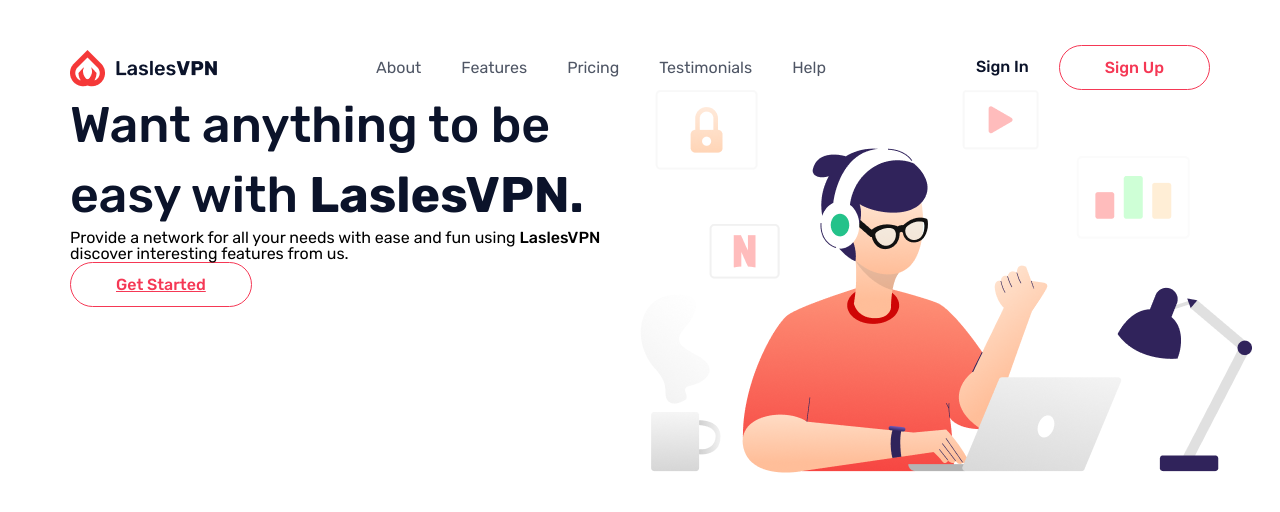
Repository: nafiesallahu/beetroot-fe-g1
Page: Homework10/index.html
The author's editor kept a copy of each file at every save. The page is drawn from the files as they stood at one save, then again after the next save.
The browser window is 1280 px wide. The pictures show the whole page.

Above is the page before, as saved 2021-01-27 19:23:51.

After the next save:
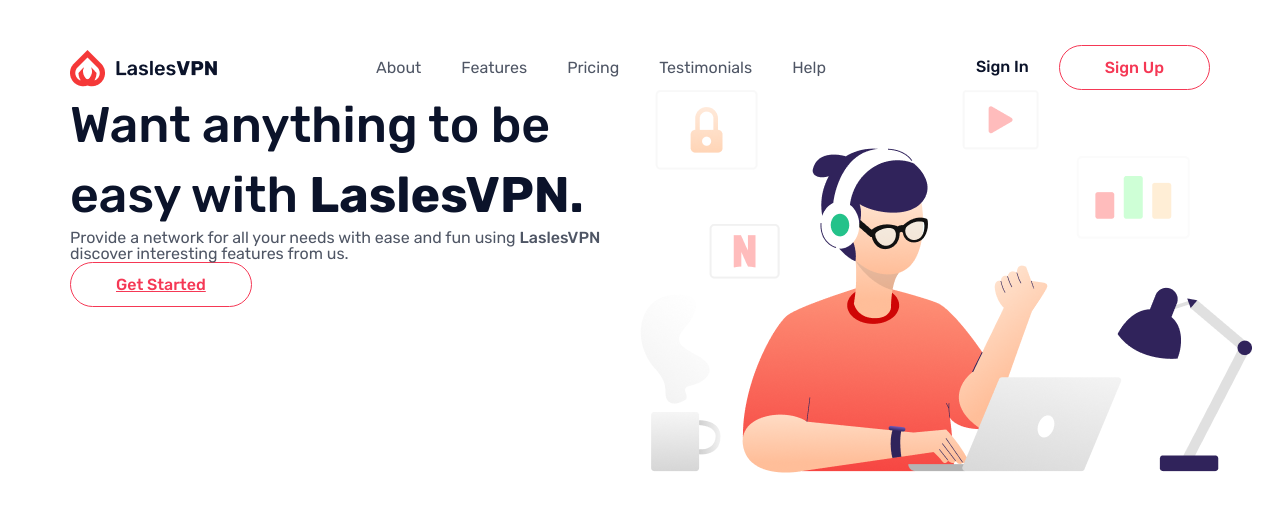
Saved 26 s later.
--- a/Homework10/styles/style.css
+++ b/Homework10/styles/style.css
@@ -129,6 +129,9 @@
   line-height: 70px;
   color: #0B132A;
 }
+.hero__text p {
+  color: #4F5665;
+}
 .hero__text h1 span {
   font-weight: bold;
 }
